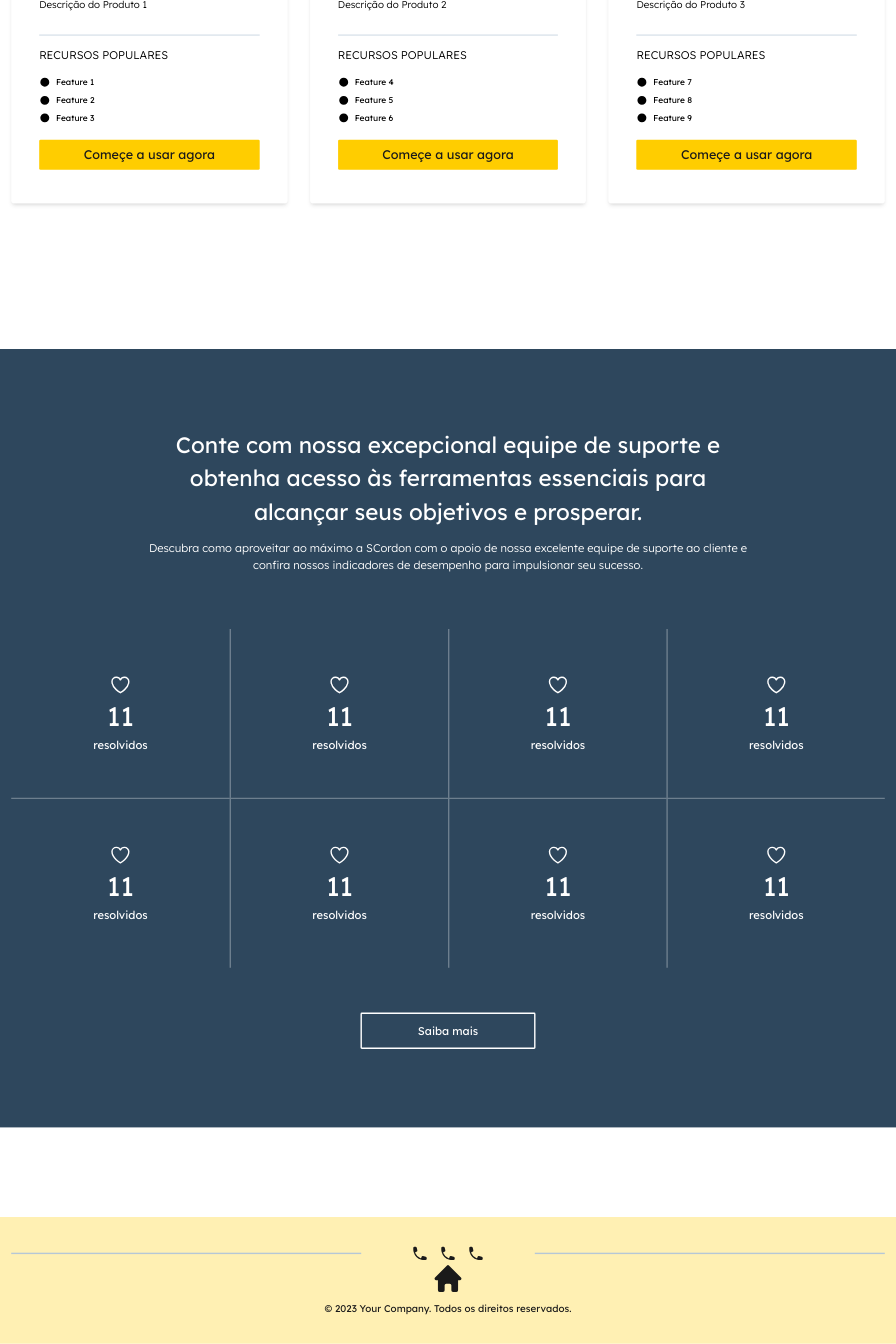
Repository: VereAbsolutum/site-institucional
Page: /
These files come from the project's save history. The page is drawn as it stood at one moment and after the next save; the edit follows.
The browser window is 1280 px wide. The pictures show the part of the page from y = 1201 to 3121 px (the page is 3121 px tall), at 70% of full size.
The project was rebuilt for these pictures with package versions that can differ from the ones it lists, and the page was loaded fresh each time. Also part of the build but not shown: vite.config.ts, src/presentation/components/buttons/button-base.tsx, src/presentation/components/buttons/button-border-primary.tsx, src/presentation/components/buttons/button-primary.tsx, src/presentation/components/typography/heading3.tsx, src/presentation/pages/not-found/notFound.tsx.

Above is the page before, as saved 2023-04-16 10:55:29.

After the next save:
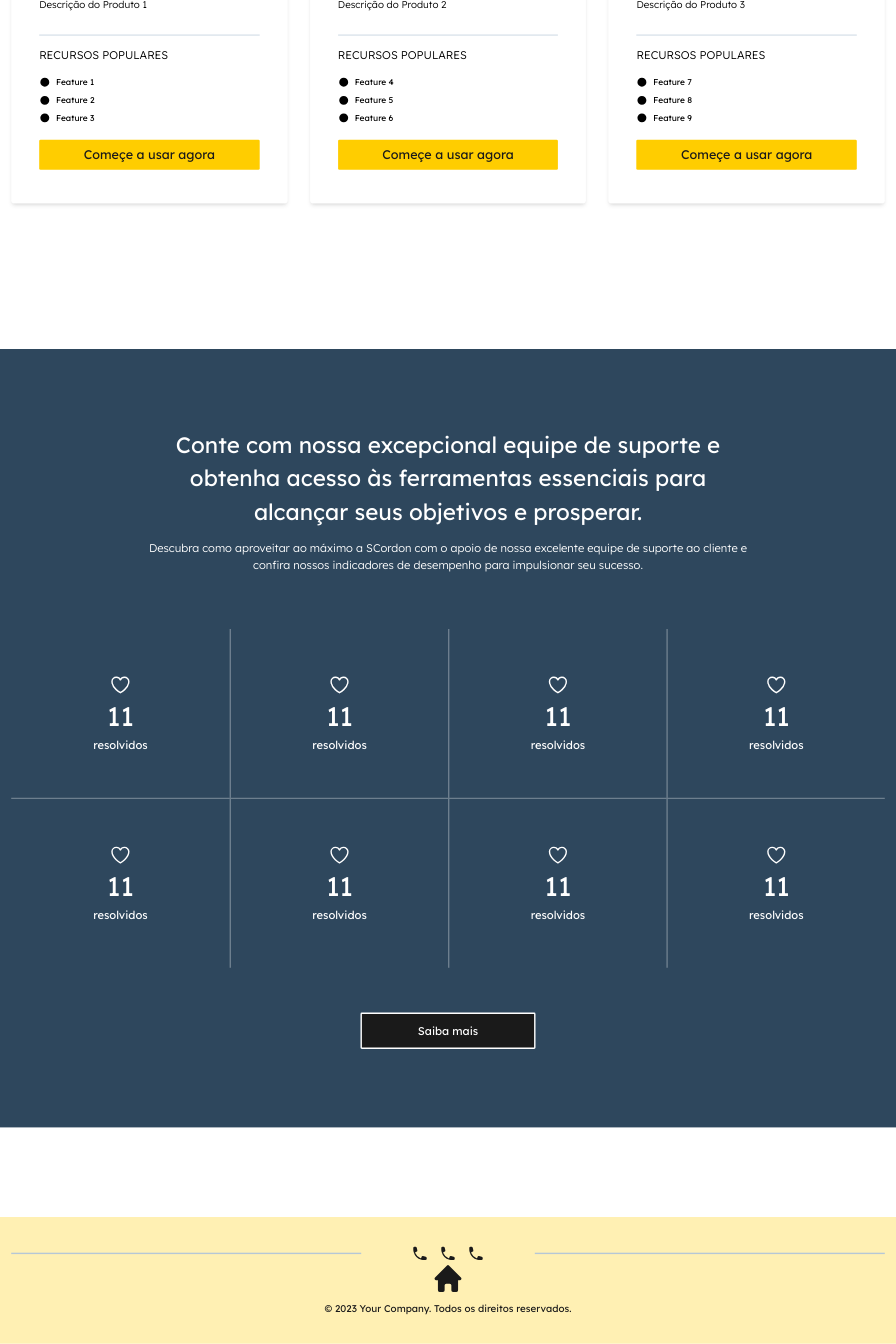
Saved 40 s later.
--- a/src/presentation/components/links/link-border-white.tsx
+++ b/src/presentation/components/links/link-border-white.tsx
@@ -4,7 +4,7 @@ import { LinkBase } from '..';
 import { LinkBaseProps } from './link-base';
 
 const linkBorderWhite: React.FC<LinkBaseProps> = ({ className, ...rest }) => {
-    const baseClasses = 'py-1 text-white  bg-transparent hover:bg-yellow-40 border-2 border-white border';
+    const baseClasses = 'py-1 text-white bg-black hover:bg-yellow-40 border-2 border-white border';
 
     return <LinkBase className={`${baseClasses} ${className}`} {...rest} />;
 };
